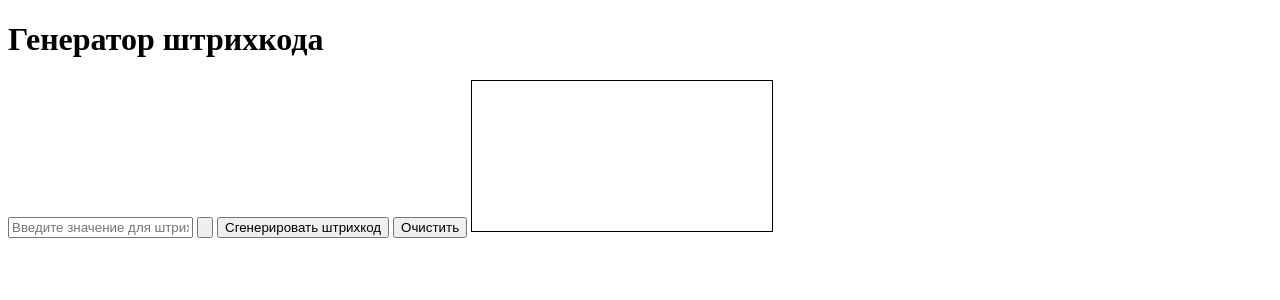
Repository: PavelBokun/barCode
Page: barcode2.html
The author's editor kept a copy of each file at every save. The page is drawn from the files as they stood at one save, then again after the next save.
The browser window is 1280 px wide. The pictures show the whole page.

Above is the page before, as saved 2024-09-04 15:47:28.

After the next save:
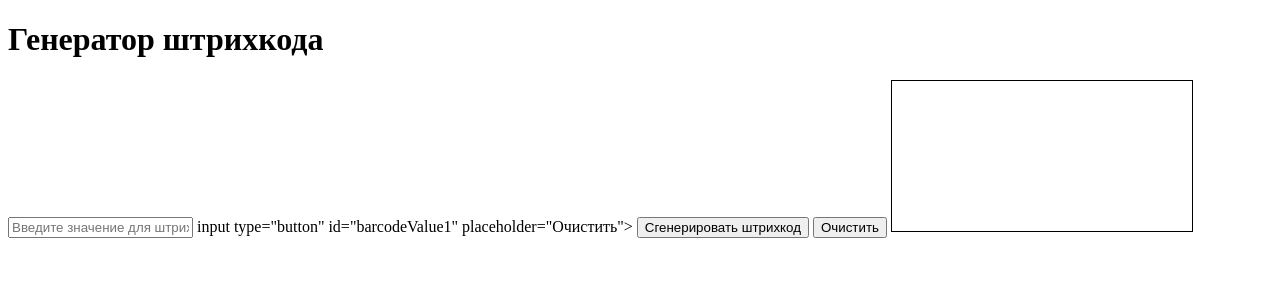
Saved 9 min 28 s later.
--- a/barcode2.html
+++ b/barcode2.html
@@ -10,7 +10,7 @@
 <body>
 <h1>Генератор штрихкода</h1>
 <input type="text" id="barcodeValue" placeholder="Введите значение для штрихкода">
-<input type="button" id="barcodeValue1" placeholder="Очистить">
+input type="button" id="barcodeValue1" placeholder="Очистить">
 
 <button onclick="generateBarcode()">Сгенерировать штрихкод</button>
 <button onclick="clearBarcode()">Очистить</button>
